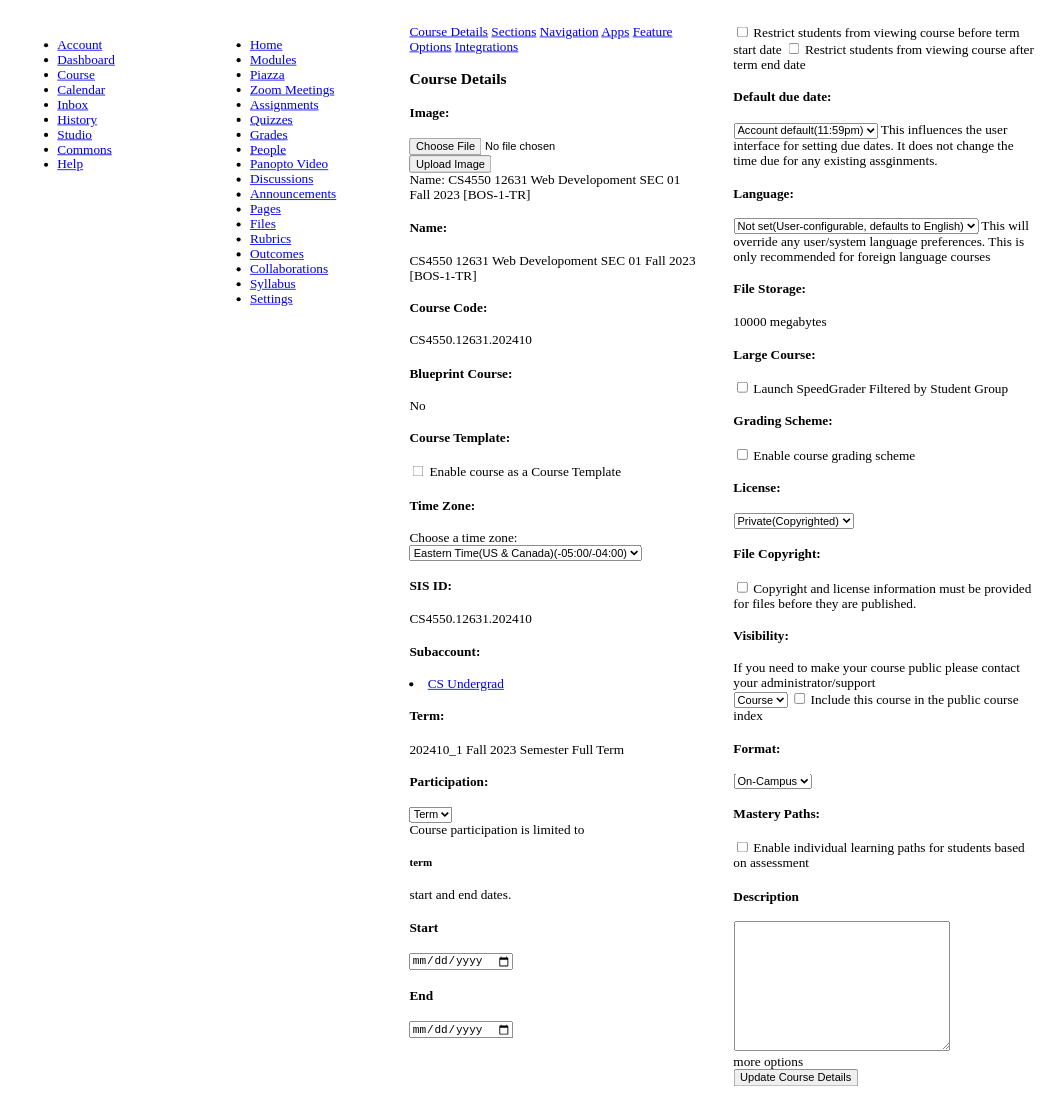
Repository: yuqiant/kanbas-react-web-app
Page: public/kanbas/coursesetting.html
An editor plug-in stored every save of this project. The page is shown before and after the next save, followed by the edit.
The browser window is 1280 px wide. The pictures show the whole page, at 83% of full size.

Above is the page before, as saved 2023-09-16 20:47:36.

### public/kanbas/coursesetting.html
<!DOCTYPE html>
<html lang="en">

<head>
    <meta charset="UTF-8">
    <meta name="viewport" content="width=device-width, initial-scale=1.0">
    <title>Column Interaction</title>
    <style>
        table {
            width: 100%;
            border-collapse: collapse;
        }

        td {
            width: 50%;
            border: 1px solid transparent;
            padding: 20px;
            vertical-align: top;
        }
    </style>
</head>

<body>
    <table>
        <tr>
            <td id="firstColumn" style="width: 150px;">
                <ul>
                    <li><a href="#">Account</a></li>
                    <li><a href="#">Dashboard</a></li>
                    <li><a href="#" onclick="showSecondColumn()">Course</a></li>
                    <li><a href="#">Calendar</a></li>
                    <li><a href="#">Inbox</a></li>
                    <li><a href="#">History</a></li>
                    <li><a href="#">Studio</a></li>
                    <li><a href="#">Commons</a></li>
                    <li><a href="#">Help</a></li>
                </ul>
            </td>
            <td id="secondColumn" style="width: 150px;">
                <ul>
                    <li><a href="#">Home</a></li>
                    <li><a href="#">Modules</a></li>
                    <li><a href="#">Piazza</a></li>
                    <li><a href="#">Zoom Meetings</a></li>
                    <li><a href="#">Assignments</a></li>
                    <li><a href="#">Quizzes</a></li>
                    <li><a href="#">Grades</a></li>
                    <li><a href="#">People</a></li>
                    <li><a href="#">Panopto Video</a></li>
                    <li><a href="#">Discussions</a></li>
                    <li><a href="#">Announcements</a></li>
                    <li><a href="#">Pages</a></li>
                    <li><a href="#">Files</a></li>
                    <li><a href="#">Rubrics</a></li>
                    <li><a href="#">Outcomes</a></li>
                    <li><a href="#">Collaborations</a></li>
                    <li><a href="#">Syllabus</a></li>
                    <li><a href="#">Settings</a></li>
                </ul>
            </td>
            <td id="thirdColumn" style="width: 250px;">
                <a href="#">Course Details</a>
                <a href="#">Sections</a>
                <a href="#">Navigation</a>
                <a href="#">Apps</a>
                <a href="#">Feature Options</a>
                <a href="#">Integrations</a>
                <h3>Course Details</h3>

                <h4>Image:</h4>
                <form action="/upload_endpoint" method="post" enctype="multipart/form-data">
                    <input type="file" name="fileToUpload" id="fileToUpload" accept="image/*">
                    <input type="submit" value="Upload Image">
                </form>

                <span>Name:</span>
                <span>CS4550 12631 Web Developoment SEC 01 Fall 2023 [BOS-1-TR]</span>

                <h4>Name:</h4>
                CS4550 12631 Web Developoment SEC 01 Fall 2023 [BOS-1-TR]

                <h4>Course Code:</h4>
                CS4550.12631.202410

                <h4>Blueprint Course:</h4> No

                <h4>Course Template:</h4>
                <form>
                    <label>
                        <input type="checkbox" name="templateChoice" value="template1"> Enable course as a Course
                        Template
                    </label>
                </form>

                <h4>Time Zone:</h4>
                <label for="timezone">Choose a time zone:</label>
                <select id="timezone" name="timezone">
                    <option value="EST">Eastern Time(US & Canada)(-05:00/-04:00)</option>

                </select>

                <h4>SIS ID:</h4>
                <div>CS4550.12631.202410</div>

                <h4>Subaccount:</h4>
                <li><a href="#">CS Undergrad</a></li>

                <h4>Term:</h4>
                <div>202410_1 Fall 2023 Semester Full Term</div>

                <h4>Participation:</h4>
                <select id="term" name="term">
                    <option value="Term">Term</option>
                </select>
                <div>Course participation is limited to <h5>term</h5> start and end dates.</div>
                <h4>Start</h4>
                <input type="date" id="text-fields-dob" /><br />

                <h4>End</h4>
                <input type="date" id="text-fields-dob" /><br />

            </td>
            <td id="fourthColumn" style="width: 250px;">
                <input type="checkbox" value="startdate" name="check-date" id="chkbox-startdate" />
                <label for="chkbox-startdate">Restrict students from viewing course before term start date</label>
                <input type="checkbox" value="enddate" name="check-date" id="chkbox-enddate" />
                <label for="chkbox-enddate">Restrict students from viewing course after term end date</label>

                <h4>Default due date:</h4>
                <select id="time" name="time">
                    <option value="Time">Account default(11:59pm)</option>
                </select>
                This influences the user interface for setting due dates. It does not change the time due for any
                existing assginments.

                <h4>Language:</h4>
                <select id="language" name="language">
                    <option value="Language">Not set(User-configurable, defaults to English)</option>
                </select>
                This will override any user/system language preferences. This is only recommended for foreign language
                courses

                <h4>File Storage:</h4>
                <div>10000 megabytes</div>

                <h4>Large Course:</h4>
                <input type="checkbox" value="largecourse" name="check-largecourse" id="chkbox-largecourse" />
                <label for="chkbox-largecourse">Launch SpeedGrader Filtered by Student Group</label>

                <h4>Grading Scheme:</h4>
                <input type="checkbox" value="gradingscheme" name="check-gradingscheme" id="chkbox-gradingscheme" />
                <label for="chkbox-gradingscheme">Enable course grading scheme</label>

                <h4>License:</h4>
                <select id="license" name="license">
                    <option value="license">Private(Copyrighted)</option>
                </select>

                <h4>File Copyright:</h4>
                <input type="checkbox" value="filecopyright" name="check-filecopyright" id="chkbox-filecopyright" />
                <label for="chkbox-filecopyright">Copyright and license information must be provided for files before
                    they are published.</label>

                <h4>Visibility:</h4>
                <div>If you need to make your course public please contact your administrator/support</div>
                <select id="visibilty" name="visibilty">
                    <option value="visibilty">Course</option>
                </select>
                <input type="checkbox" value="publiccourse" name="check-publiccourse" id="chkbox-publiccourse" />
                <label for="chkbox-publiccourse">Include this course in the public course index</label>

                <h4>Format:</h4>
                <select id="format" name="format">
                    <option value="format">On-Campus</option>
                </select>

                <h4>Mastery Paths:</h4>
                <input type="checkbox" value="masterypaths" name="check-masterypaths" id="chkbox-masterypaths" />
                <label for="chkbox-masterypaths">Enable individual learning paths for students based on
                    assessment</label>

                <h4>Description</h4>
                <form id="textarea">

                    <textarea cols="30" rows="10"></textarea>
                </form>

                <div><a herf="#">more options</a></div>

                <button type="button">Update Course Details</button>



            </td>
        </tr>
    </table>

</body>

</html>

After the next save:
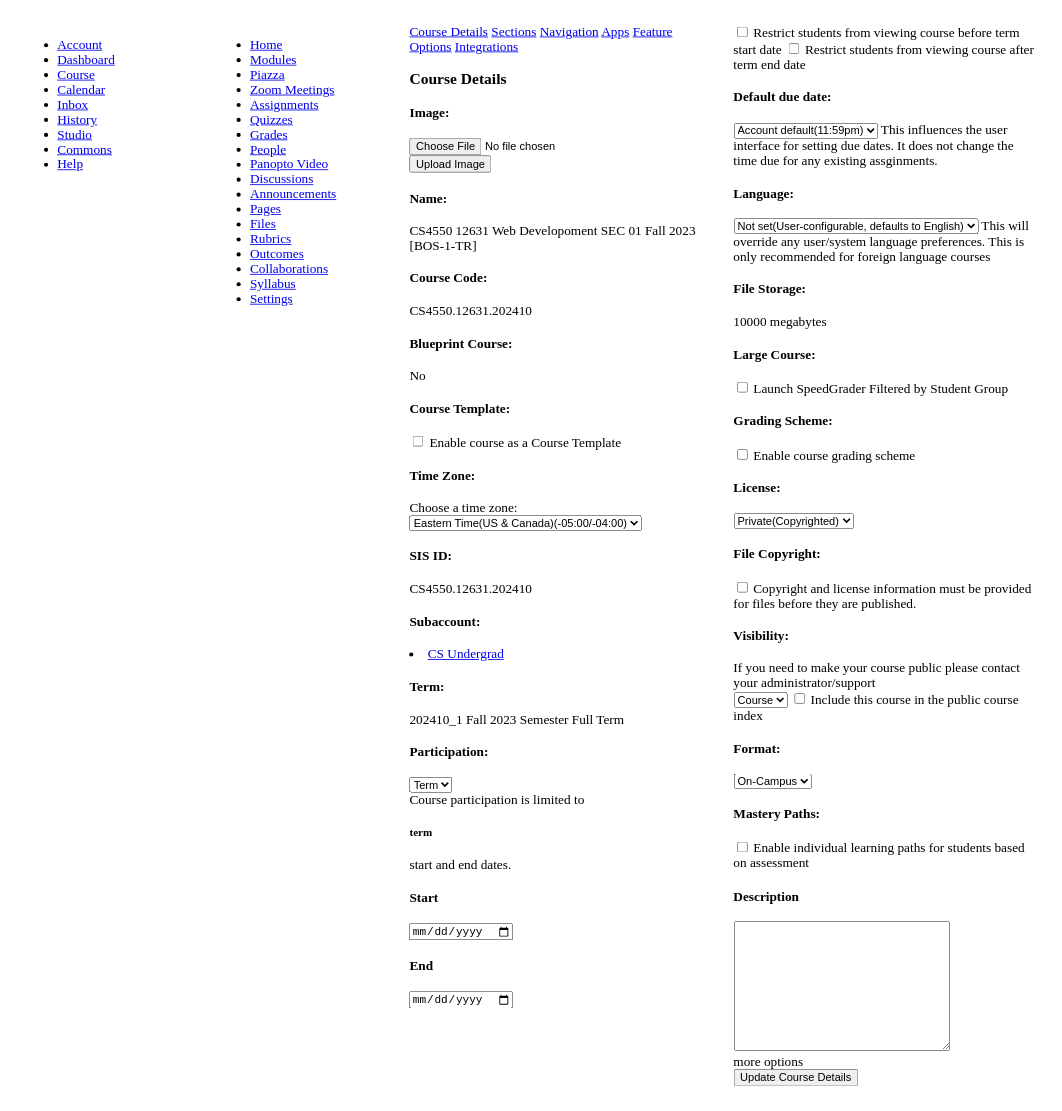
Saved 4 min 39 s later.
--- a/public/kanbas/coursesetting.html
+++ b/public/kanbas/coursesetting.html
@@ -73,8 +73,6 @@
                     <input type="submit" value="Upload Image">
                 </form>
 
-                <span>Name:</span>
-                <span>CS4550 12631 Web Developoment SEC 01 Fall 2023 [BOS-1-TR]</span>
 
                 <h4>Name:</h4>
                 CS4550 12631 Web Developoment SEC 01 Fall 2023 [BOS-1-TR]
